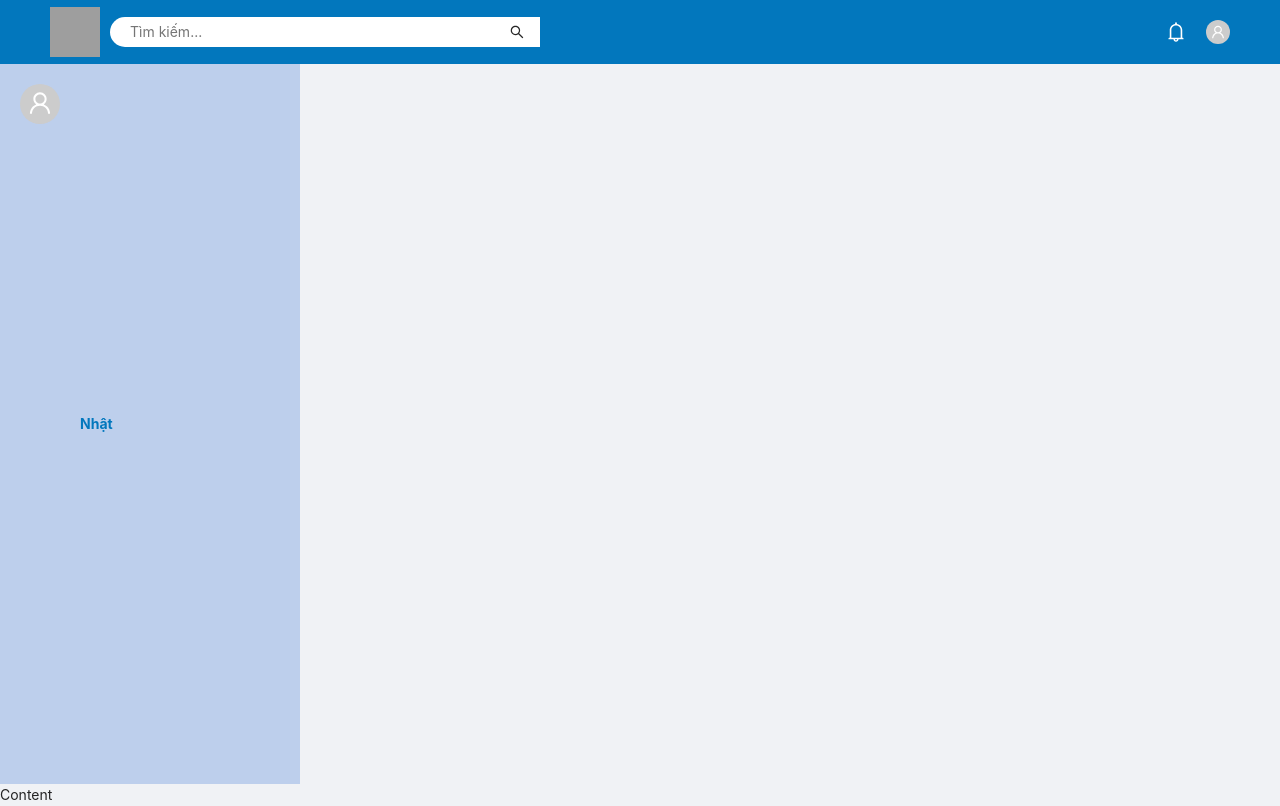
Repository: baonhat27/SocialNetwork_FE
Page: /home
These files come from the project's save history. The page is drawn as it stood at one moment and after the next save; the edit follows.
The browser window is 1280 px wide. The pictures show the whole page.
Pictures or frames that could not be fetched are drawn as grey boxes. The project was rebuilt for these pictures with package versions that can differ from the ones it lists, and the page was loaded fresh each time. Also part of the build but not shown: src/containers/home/component/HomeComponent.module.css, src/containers/loginPage/component/LoginPageComponent.module.css, src/components/Input/Input.module.css, src/components/Input/Input.js, src/components/Button/Button.module.css, src/components/Button/Button.js, src/containers/loginPage/component/LoginPageComponent.js, src/containers/loginPage/LoginPageContainer.js.

Above is the page before, as saved 2022-03-09 21:23:49.

After the next save:
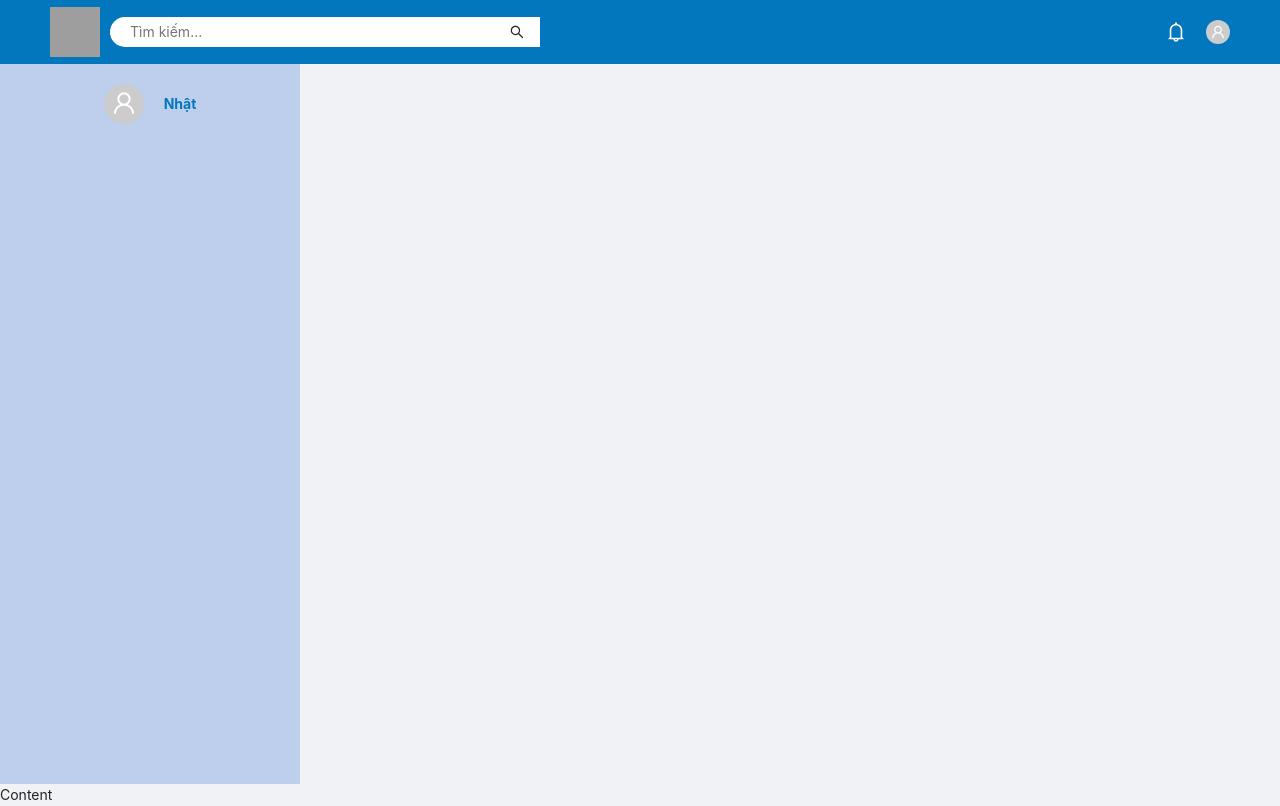
Saved 44 s later.
--- a/src/containers/sider/component/Sider.module.css
+++ b/src/containers/sider/component/Sider.module.css
@@ -3,6 +3,8 @@
     height: 100vh;
     display: flex;
     width: 300px;
+    display: flex;
+    flex-direction: column;
 }
 .user_info{
     margin: 20px;
